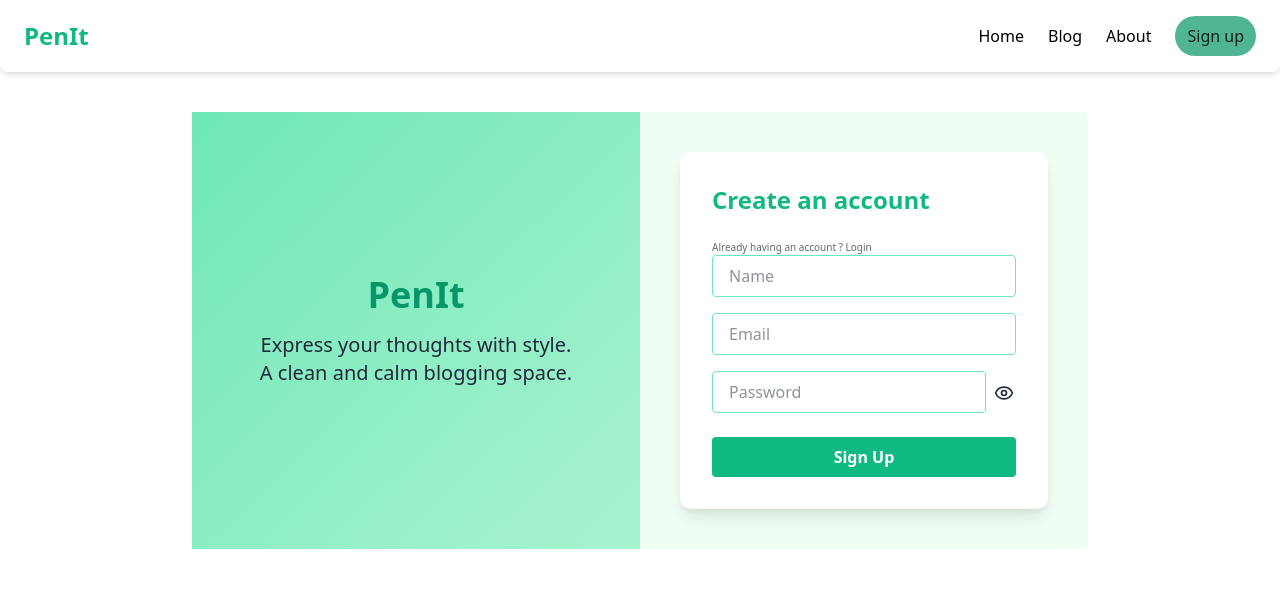
Repository: Mounika-chukkala/PenIt
Page: /signup (app in frontend/)
These files come from the project's save history. The page is drawn as it stood at one moment and after the next save; the edit follows.
The browser window is 1280 px wide. The pictures show the whole page.
The project was rebuilt for these pictures with package versions that can differ from the ones it lists, and the page was loaded fresh each time. Also part of the build but not shown: frontend/vite.config.js, frontend/src/Pages/Login.jsx, frontend/src/components/CreateBlog.jsx.

Above is the page before, as saved 2025-05-20 18:21:32.

After the next save:
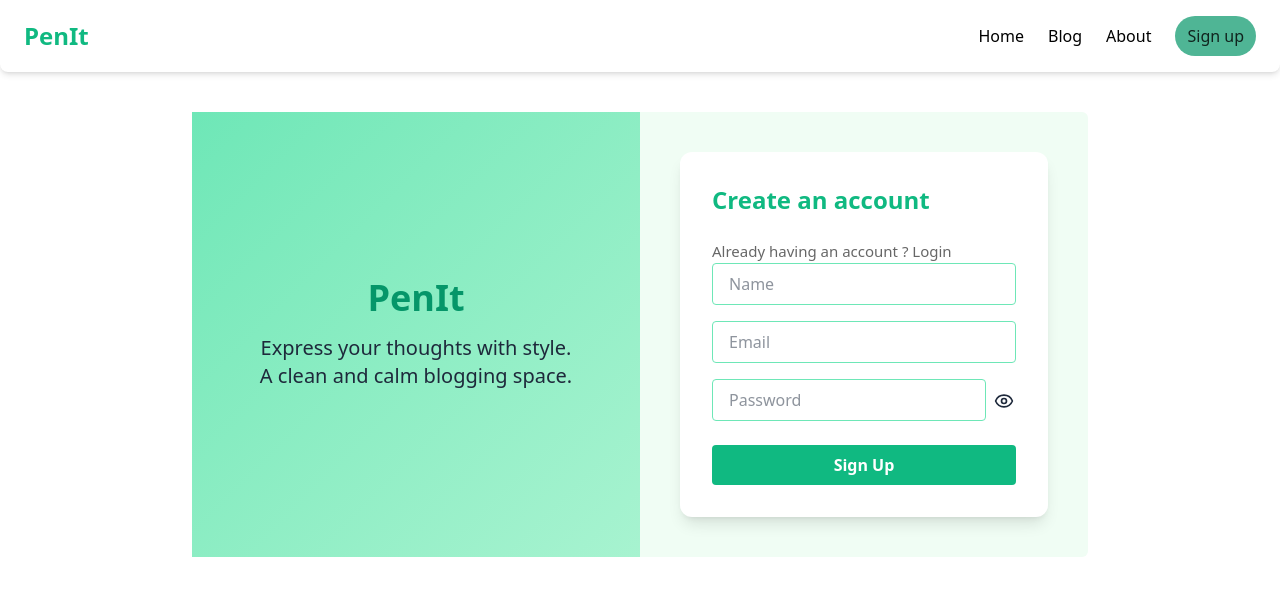
Saved 10 s later.
--- a/frontend/src/Pages/Signup.jsx
+++ b/frontend/src/Pages/Signup.jsx
@@ -47,7 +47,7 @@ alert(res.message)
         <div className="bg-white p-8 rounded-xl shadow-lg w-full max-w-md">
           <h2 className="text-2xl font-bold mb-6 text-[#10B981]">Create an account</h2>
 
-<p className="text-[10px] text-black/60">Already having an account ? <Link to="/login">Login</Link></p>
+<p className="text-[15px] text-black/60">Already having an account ? <Link to="/login">Login</Link></p>
           <input
             className="w-full mb-4 px-4 py-2 border border-[#6EE7B7] rounded focus:outline-none focus:ring-2 focus:ring-[#10B981]"
             type="text"
